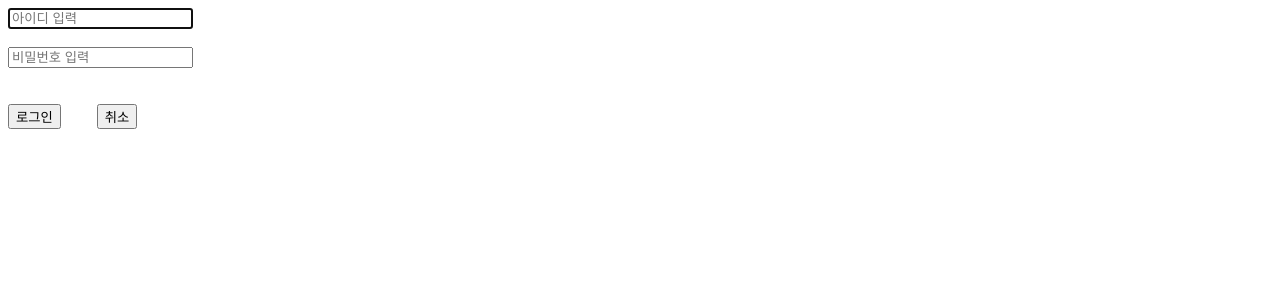
Repository: okgunyang/jsp
Page: practice01/WebContent/loginForm.html
An editor plug-in stored every save of this project. The page is shown before and after the next save, followed by the edit.
The browser window is 1280 px wide. The pictures show the whole page.

Above is the page before, as saved 2022-10-17 09:18:08.

### practice01/WebContent/loginForm.html
<!DOCTYPE html>
<html>
<head>
<meta charset="UTF-8">
<title>로그인 폼</title>
</head>
<body>
	<form name="loginForm" action="test05.jsp" method="post">
		<input type="text" name="id" id="id" placeholder="아이디 입력" autofocus required><br><br>
		<input type="password" name="pw" id="pw" placeholder="비밀번호 입력" required><br><br>
		<br>
		<input type="submit" value="로그인">
		&nbsp; &nbsp; &nbsp; &nbsp;
		<input type="reset" value="취소">
	</form>
</body>
</html>

After the next save:
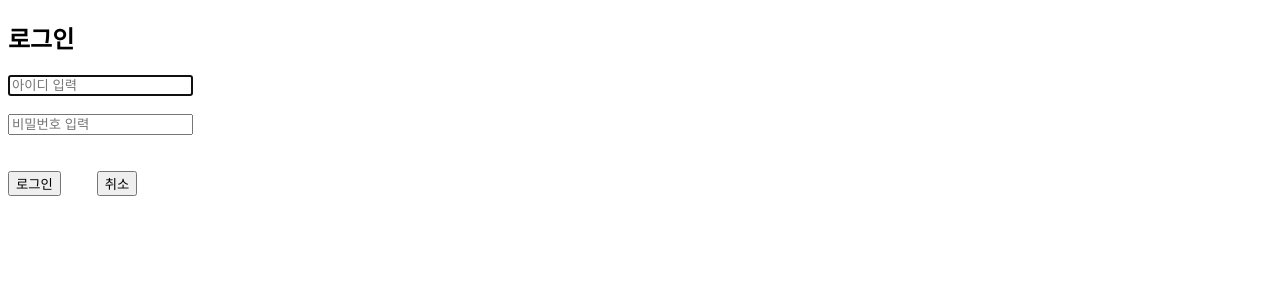
Saved 13 s later.
--- a/practice01/WebContent/loginForm.html
+++ b/practice01/WebContent/loginForm.html
@@ -5,6 +5,7 @@
 <title>로그인 폼</title>
 </head>
 <body>
+	<h2>로그인</h2>
 	<form name="loginForm" action="test05.jsp" method="post">
 		<input type="text" name="id" id="id" placeholder="아이디 입력" autofocus required><br><br>
 		<input type="password" name="pw" id="pw" placeholder="비밀번호 입력" required><br><br>
